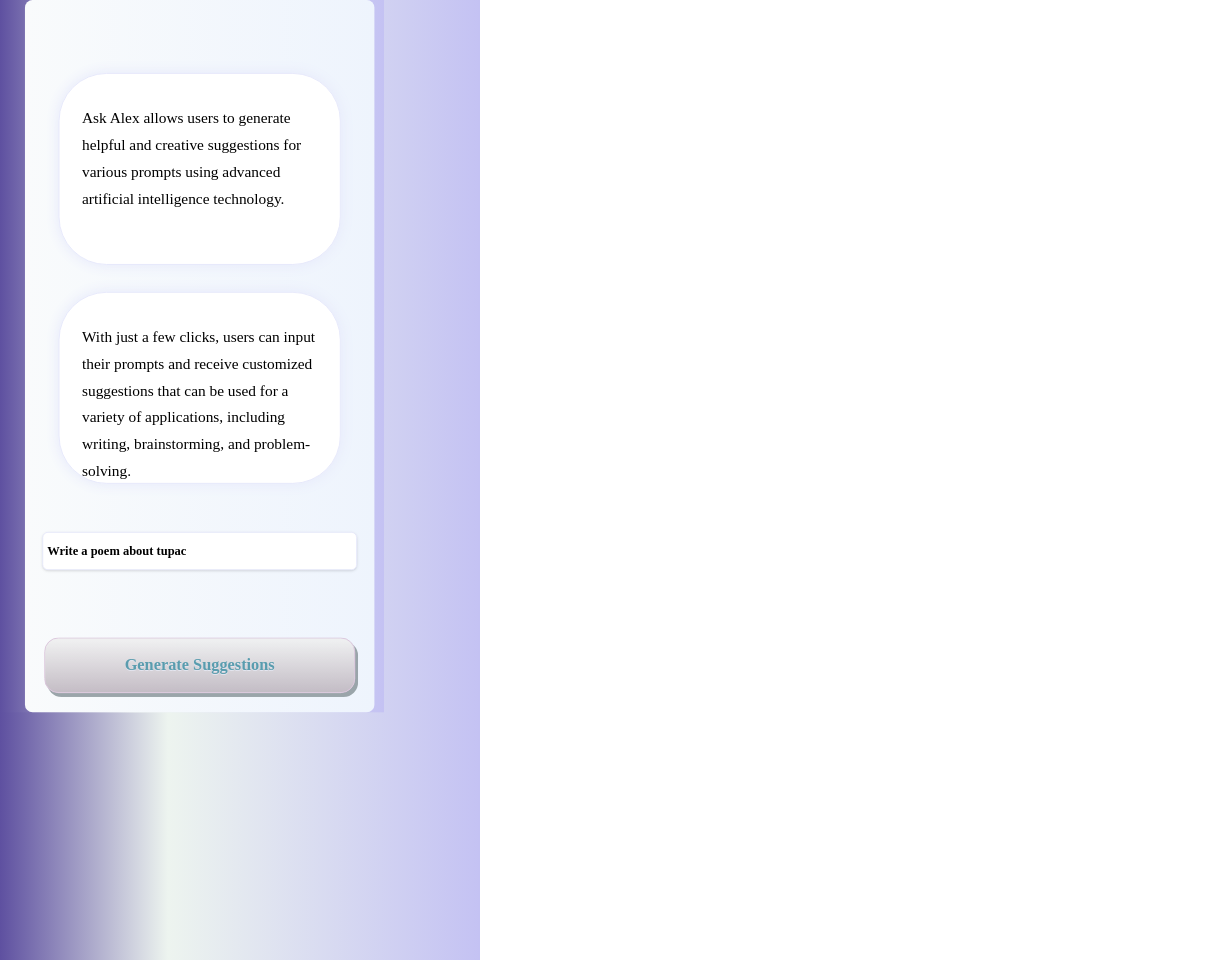
Repository: djdjdallas/AskAlex
Page: /
These files come from the project's save history. The page is drawn as it stood at one moment and after the next save; the edit follows.
The browser window is 1280 px wide. The pictures show the whole page, at 96% of full size.
The project was rebuilt for these pictures with package versions that can differ from the ones it lists, and the page was loaded fresh each time. Also part of the build but not shown: webpack.config.js.

Above is the page before, as saved 2023-02-27 17:50:13.

### src/App.js
import "./App.css";
import Popup from "./popup";

function App() {
  return (
    <div className="App w-[500px]">
      <header className="App-header bg-gradient-to-r from-[#5E50A0] via-[#EDF4EF] to-[#C4C2F3] w-[25rem]">
        <div className="bg-gradient-to-r from-[#5E50A0] via-[#EDF4EF] to-[#C4C2F3]  w-[100%] flex justify-center items-center"></div>
        <Popup />
      </header>
    </div>
  );
}

export default App;

### src/App.css
.App {
  text-align: center;
  width: 500px;
  height: 1000px;
  background: rgb(94,80,160);
  background: linear-gradient(90deg, rgba(94,80,160,1) 0%, rgba(237,244,239,1) 35%, rgba(196,194,243,1) 100%);
}

.App-logo {
  height: 40vmin;
  pointer-events: none;
}

@media (prefers-reduced-motion: no-preference) {
  .App-logo {
    animation: App-logo-spin infinite 20s linear;
  }
}

.App-header {
  background: rgb(94,80,160);
  background: linear-gradient(90deg, rgba(94,80,160,1) 0%, rgba(237,244,239,1) 35%, rgba(196,194,243,1) 100%);
  display: flex;
  flex-direction: column;
  align-items: center;
  justify-content: center;
  font-size: calc(10px + 2vmin);
  color: white;
}
.input{
  font-size: small;
  border: 1px solid #E7EAFB;
  width: 90%;
  height: 40px;
  margin: 30px 0;
}
.infoBox{
  width: 90%;
  height: 200px;
  background-color: white;
  border: 1px solid #E7EAFB;
  color: black;
  border-radius:50px;
  -webkit-box-shadow:0px 0px 13px 1px #e7eafb ;
-moz-box-shadow:0px 0px 13px 1px #e7eafb ;
box-shadow:0px 0px 13px 1px #e7eafb ;
}
.infoContainer{
  width: 90%;
  height: 100%;
  margin-top: 4rem;
  text-align: left;
  font-size: 1.5rem;
  display: flex;
  flex-direction: column;
  justify-content: center;
  align-items: center;
  gap: 1rem;

}
.subText{
  font-size: 1rem;
  margin-top: 1rem;
  padding: 0 3%;

}
.myButton {
	box-shadow: 3px 4px 0px 0px #899599;
	background:linear-gradient(to bottom, #ededed 5%, #bab1ba 100%);
	background-color:#ededed;
	border-radius:15px;
	border:1px solid #d6bcd6;
	display:inline-block;
	cursor:pointer;
	color:#3a8a9e;
	font-family:Arial;
	font-size:17px;
	padding:12px 39px;
	text-decoration:none;
	text-shadow:0px 1px 0px #e1e2ed;
}
.myButton:hover {
	background:linear-gradient(to bottom, #bab1ba 5%, #ededed 100%);
	background-color:#bab1ba;
}
.myButton:active {
	position:relative;
	top:1px;
}

.App-link {
  color: #61dafb;
}

@keyframes App-logo-spin {
  from {
    transform: rotate(0deg);
  }
  to {
    transform: rotate(360deg);
  }
}

### src/popup.js
import React, { useState } from "react";

function Popup() {
  const [prompt, setPrompt] = useState("");
  const [suggestions, setSuggestions] = useState([]);
  const [isLoading, setIsLoading] = useState(false);

  function handleInputChange(event) {
    setPrompt(event.target.value);
  }

  async function generateSuggestions() {
    const API_KEY = "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";
    const API_URL =
      "https://api.openai.com/v1/engines/text-davinci-003/completions";
    setIsLoading(true);
    const response = await fetch(API_URL, {
      method: "POST",
      headers: {
        "Content-Type": "application/json",
        Authorization: `Bearer ${API_KEY}`,
      },
      body: JSON.stringify({
        prompt: `Provide 3 better prompts along with context ideas to ask chatgpt to ${prompt}.\n\n1.`,
        max_tokens: 1000,
        n: 1,
        temperature: 0.7,
      }),
    });

    const data = await response.json();

    const suggestedPrompts = data.choices[0].text.split("\n");
    console.log(isLoading);
    setSuggestions(suggestedPrompts);
  }
  function handleCopy(suggestion) {
    navigator.clipboard.writeText(suggestion);
  }

  return (
    <div className="ml-4 popup w-[91%] flex flex-col bg-gradient-to-r from-[#f9fbfc] to-[#eef4fd] rounded-lg">
      <div className="flex justify-center items-center w-[100%] mt-3">
        {suggestions ? (
          <div className="infoContainer w-[90%] h-[100%] mt-4 text-xl space-y-3 flex-row justify-center items-center">
            <div className="infoBox border-[1px] border-purple-300 p-4 rounded-md shadow bg-white ">
              <h1 className="subText" style={{ fontFamily: "Baskeville" }}>
                Ask Alex allows users to generate helpful and creative
                suggestions for various prompts using advanced artificial
                intelligence technology.
              </h1>
            </div>
            <div className="infoBox border-[1px] border-purple-300 rounded-md shadow-lg p-4 bg-white ">
              <h1
                className="subText"
                style={{
                  fontFamily: "Baskeville",
                }}
              >
                With just a few clicks, users can input their prompts and
                receive customized suggestions that can be used for a variety of
                applications, including writing, brainstorming, and
                problem-solving.
              </h1>
            </div>
          </div>
        ) : null}
      </div>
      <div className="flex justify-center items-center my-5">
        <input
          style={{ fontFamily: "Baskeville" }}
          className="input shadow outline-none focus:outline-none focus:ring text-sm font-bold border-2 border-[#E7EAFB] rounded-md w-[90%]  h-20 placeholder:text-black placeholder:pl-1
          "
          type="text"
          value={prompt}
          onChange={handleInputChange}
          placeholder="Write a poem about tupac"
        />
      </div>
      <button
        style={{ fontFamily: "Baskeville" }}
        className="myButton cursor-pointer text-2xl font-bold bg-gradient-to-r from-[#8C61FF] to-[#0BB2FF] rounded-md p-2 m-5 text-white
         animate-pulse transition transform duration-300 ease-in-out hover:shadow-xl shadow-md"
        onClick={generateSuggestions}
      >
        Generate Suggestions
      </button>
      {suggestions.length > 0 ? (
        <ul
          className="text-xl font-bold flex-row p-2 space-y-3 "
          style={{ fontFamily: "Baskeville" }}
        >
          {suggestions.map((suggestion, index) => (
            <li
              className=" text-white ml-1 bg-gradient-to-r from-[#5E50A0] to-[#C4C2F3] rounded-md p-2 "
              key={index}
            >
              {suggestion}
              <button
                className="cursor-pointer"
                onClick={() => handleCopy(suggestion)}
              ></button>
            </li>
          ))}
        </ul>
      ) : (
        <p className="font-bold text-2xl text-center">
          {isLoading ? "Alex is thinking..." : ""}
        </p>
      )}
    </div>
  );
}

export default Popup;

Loaded but not shown: public/index.html (common file); src/index.js (common file); src/index.css (common file); src/reportWebVitals.js (common file); tailwind.config.js (common file)

After the next save:
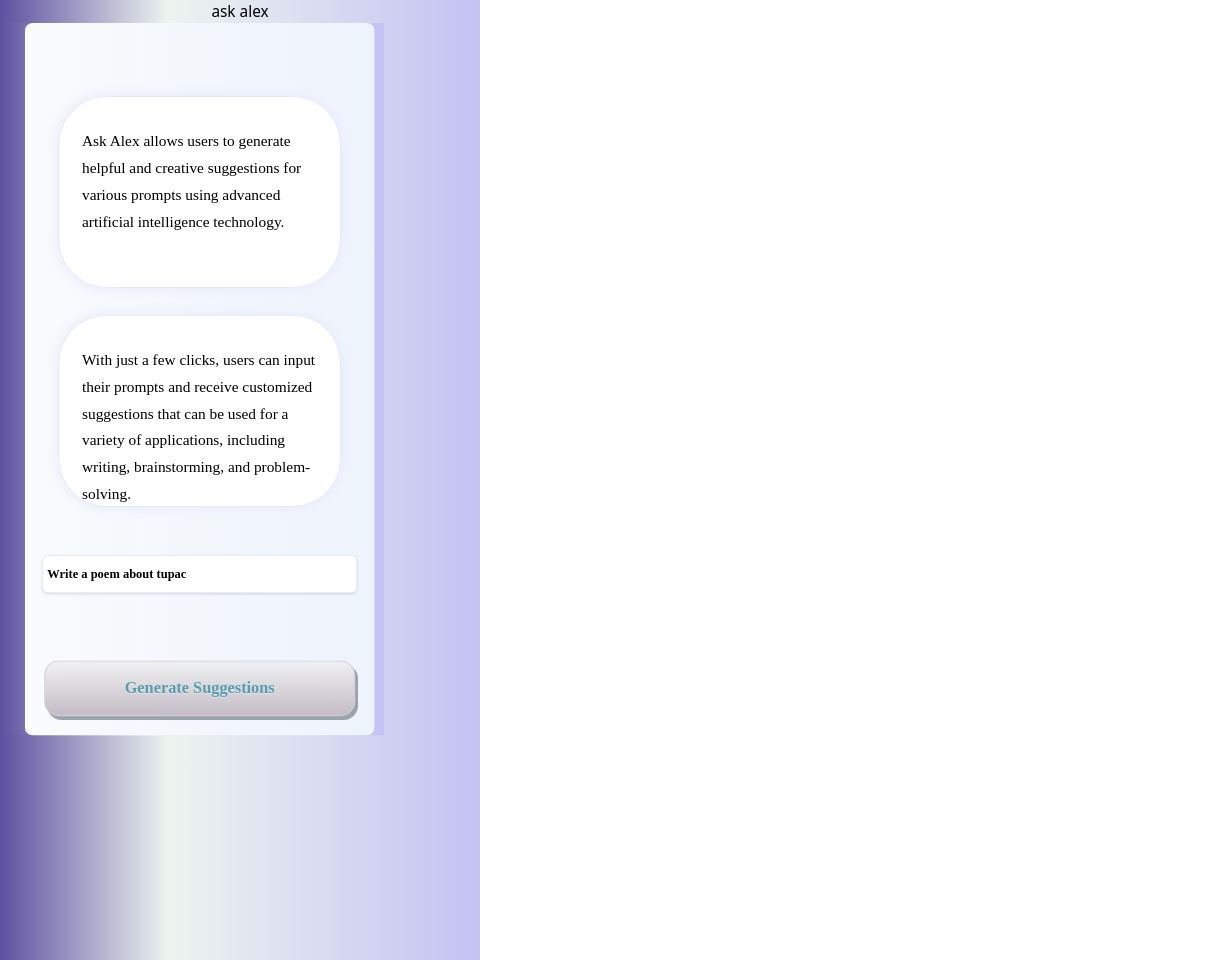
Saved 48 min 41 s later.
--- a/src/App.js
+++ b/src/App.js
@@ -4,6 +4,7 @@
 function App() {
   return (
     <div className="App w-[500px]">
+      <h1>ask alex</h1>
       <header className="App-header bg-gradient-to-r from-[#5E50A0] via-[#EDF4EF] to-[#C4C2F3] w-[25rem]">
         <div className="bg-gradient-to-r from-[#5E50A0] via-[#EDF4EF] to-[#C4C2F3]  w-[100%] flex justify-center items-center"></div>
         <Popup />
